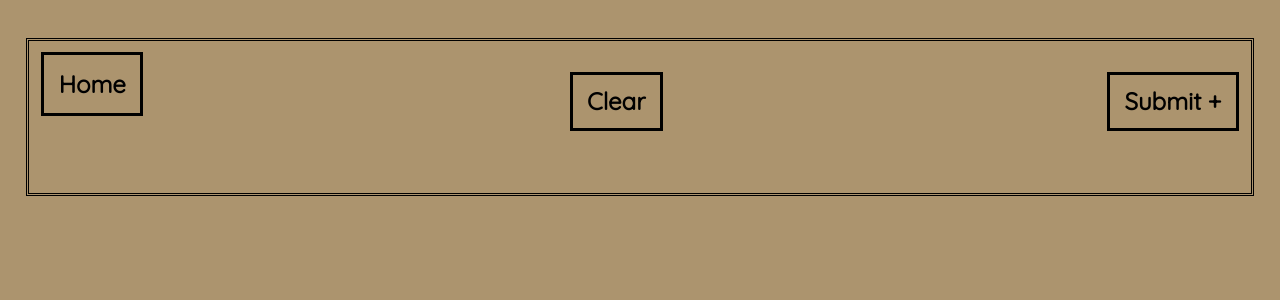
Repository: rickypcyt/ricky-react-portfolio
Page: /WebMural
These files come from the project's save history. The page is drawn as it stood at one moment and after the next save; the edit follows.
The browser window is 1280 px wide. The pictures show the whole page.
The project was rebuilt for these pictures with package versions that can differ from the ones it lists, and the page was loaded fresh each time. Also part of the build but not shown: src/Content.js, src/pages/Info.js, src/pages/Projects.js, src/pages/Contact.js, src/pages/NotesJS.js.

Above is the page before, as saved 2022-09-12 14:48:24.

### src/index.js
import React from "react";
import ReactDOM from "react-dom/client";
import "./index.css";
import App from "./App";
import reportWebVitals from "./reportWebVitals";
import { BrowserRouter, Routes, Route, Switch } from "react-router-dom";

const root = ReactDOM.createRoot(document.getElementById("root"));
root.render(
  <React.StrictMode>
    <BrowserRouter>
      <App />
    </BrowserRouter>
  </React.StrictMode>
);

// If you want to start measuring performance in your app, pass a function
// to log results (for example: reportWebVitals(console.log))
// or send to an analytics endpoint. Learn more: https://bit.ly/CRA-vitals
reportWebVitals();

### src/index.css
@import url("https://fonts.googleapis.com/css2?family=Quicksand");

input[type="file"] {
  display: none;
}
.container {
  top: 0%;
  left: 0%;
}
::marker {
  display: none;
}
.image-container {
  width: 100%;
  margin: auto;
  display: flex;
  flex-direction: row;
  justify-content: space-evenly;
  gap: 15px;
  padding: 10px;
}
body {
  line-height: 1;
  font-family: "Quicksand";
  font-size: large;
  margin: 2%;
  padding: 1%;
  border-style: double;
  margin-top: 3%;
  background: #ac946e;
}
ol {
  list-style: none;
  display: flex;
  padding: 0;
  justify-content: space-between;
  align-items: flex-start;
  display: flex;
  flex-wrap: wrap;
  align-content: center;
}
.content {
  position: absolute;
  right: calc(var(--pad) * 2);
  bottom: calc(var(--pad) * 2);
  white-space: nowrap;
}
.parrafo {
  line-height: 1.5;
  text-align: end;
  font-size: larger;
}
.parrafo span {
  display: block;
}
.titulo {
  margin: 0;
}
.oli {
  font-weight: bold;
  border-style: solid;
  font-size: x-large;
  padding: 1ch;
}
.descripcion {
  font-weight: lighter;
  font-style: oblique;
}
.oli:hover {
  color: black;
  border-style: dotted;
}
.page {
  padding-top: 2%;
  padding-bottom: 3%;
}
.pageContact {
  padding-top: 8%;
  padding-bottom: 9%;
}
.cabeceranavi {
  padding-bottom: 1%;
}
p {
  font-weight: bold;
}
a {
  color: black;
  text-decoration: none;
  padding: 0ch;
}
span {
  font-size: larger;
}
li {
  width: 7%;
  height: 10%;
}
ul {
  list-style-type: none;
  margin: 0%;
  display: flex;
  align-items: center;
  flex-direction: row;
  padding-top: 5%;
  padding-bottom: 5%;
  padding-left: 0%;
  justify-content: space-around;
}
.imagenes {
  display: block;
  height: auto;
  width: auto;
  padding-top: 5%;
  padding-bottom: 5%;
}

.imagenesproyect {
  position: relative;
}
.fixer {
  display: flex;
  flex-direction: row;
  justify-content: space-evenly;
  padding-bottom: 3%;
}
.overlay {
  position: absolute;
  top: 0.83cm;

  background: rgb(0, 0, 0);
  background: rgb(2, 0.3, 0.9, 0.6); /* Black see-through */
  color: #f1f1f1;
  width: 100%;
  transition: 0.5s ease;
  color: white;
  text-align: center;
  font-size: 20px;
  padding-top: 20px;
  padding-bottom: 20px;
  opacity: 0;
}
.imagenesproyect:hover .overlay {
  opacity: 1;
}
.overlay2 {
  position: absolute;
  bottom: 8%;
  background: rgb(0, 0, 0);
  background: rgba(40, 40, 40, 0.6); /* Black see-through */
  color: #f1f1f1;
  width: 100%;
  transition: 0.5s ease;
  color: white;
  text-align: center;
  font-size: 20px;
  padding-top: 20px;
  padding-bottom: 20px;
  opacity: 0;
}
.imagenesproyect:hover .overlay2 {
  opacity: 1;
}

.homeinfo {
  font-size: x-large;
}

@media screen and (max-width: 1340px) {
  .fixer {
    flex-direction: column;
    justify-content: center;
  }
  .imagenes {
    height: auto;
    width: 100%;
  }
  ol {
  }
}

.image-container {
  width: auto;
  margin: auto;
  /* display: flex; */
  flex-wrap: wrap;
  gap: 15px;
  padding: 10px;
}

.image-container img {
  max-width: 100%;
  max-height: 225px;
}

.container .image-container .image {
  border: 4px solid black;
  overflow: hidden;
  /* cursor: pointer; */
}

.container .image-container .image img {
  height: 100%;
  width: 100%;
}
@media (max-width: 700px) {
  .image-container img {
    max-height: -10px;
  }
}

.image:hover {
  transform: scale(1.15); /* (150% zoom - Note: if the zoom is too large, it will go outside of the viewport) */
}

.oli:hover {
  transform: scale(1.15); /* (150% zoom - Note: if the zoom is too large, it will go outside of the viewport) */
}

### src/App.js
import Content from "./Content";
import Info from "./pages/Info";
import Projects from "./pages/Projects";
import Contact from "./pages/Contact";
import WebMural from "./pages/WebMural";
import NotesJS from "./pages/NotesJS";
import { Route, Routes, Switch } from "react-router-dom";

function App() {
  return (
    <>
      <Routes>
        <Route path="/" element={<Content />}/>
        <Route path="/Projects" element={<Projects />} />
        <Route path="/Info" element={<Info />} />
        <Route path="/Contact" element={<Contact />} />
        <Route path="/WebMural" element={<WebMural />} />
        <Route path="/NotesJS" element={<NotesJS />} />
      </Routes>
    </>
  );
}
export default App;

### src/pages/WebMural.js
import React, { useState } from "react";

import { Link, useMatch, useResolvedPath } from "react-router-dom";

const UploadAndDisplayImage = () => {
  const [selectedFiles, setSelectedFiles] = useState([]);
  const handleImageChange = (e) => {
    setSelectedFiles([]);
    if (e.target.files) {
      const filesArray = Array.from(e.target.files).map((file) =>
        URL.createObjectURL(file)
      );
      setSelectedFiles((prevImages) => prevImages.concat(filesArray));
      Array.from(e.target.files).map((file) => URL.revokeObjectURL(file));
    }
  };

  const renderPhotos = (source) => {
    return source.map((photo) => {
      return (
        <div class="container">
          <figure class="image-container">
            <img className="image" src={photo} alt="" key={photo} />
          </figure>
        </div>
      );
    });
  };

  return (
    <main>
      <nav className="cabeceranavi">
        <ol>
          <CustomLink to="/" className="oli">
            Home
          </CustomLink>
          <nav className="oli" onClick={() => handleImageChange(null)}>
            Clear
          </nav>
          <label for="upload-button">
            <nav>
              <input
                type="file"
                id="upload-button"
                multiple="multiple"
                accept="image/*"
                onChange={handleImageChange}
              />
              <div class="oli"> Submit + </div>
            </nav>
          </label>
        </ol>
      </nav>
      {selectedFiles && (
        <div className="paddingimxd">
          <div class="image-container">{renderPhotos(selectedFiles)}</div>
        </div>
      )}
    </main>
  );
};

export default UploadAndDisplayImage;

function CustomLink({ to, children, ...props }) {
  const resolvedPath = useResolvedPath(to);
  const isActive = useMatch({ path: resolvedPath.pathname, end: true });
  return (
    <li className={isActive ? "active" : ""}>
      <Link to={to} {...props}>
        {children}
      </Link>
    </li>
  );
}

Loaded but not shown: public/index.html (common file); src/reportWebVitals.js (common file)

After the next save:
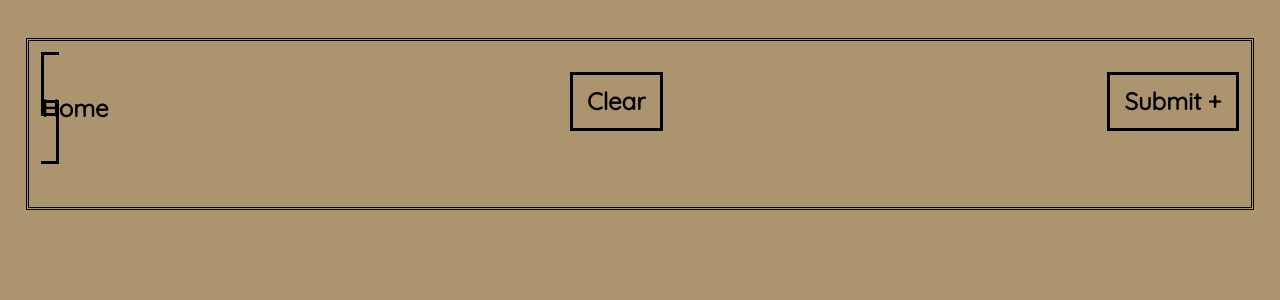
Saved 7 min 2 s later.
--- a/src/pages/WebMural.js
+++ b/src/pages/WebMural.js
@@ -32,7 +32,7 @@
       <nav className="cabeceranavi">
         <ol>
           <CustomLink to="/" className="oli">
-            Home
+            <div>Home</div>
           </CustomLink>
           <nav className="oli" onClick={() => handleImageChange(null)}>
             Clear
